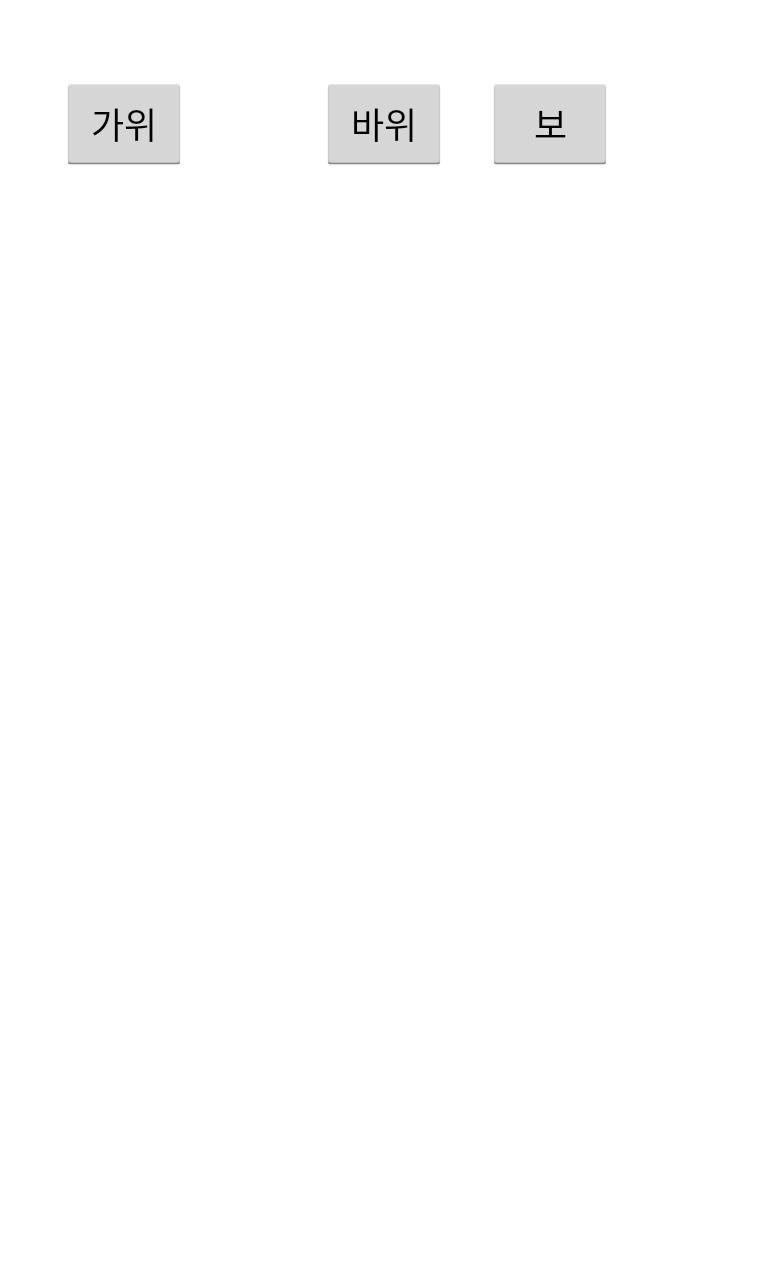
Repository: seunghaa02/allandroid
Layout: TestButton/res/layout/testbuttonmain.xml
The author's editor kept a copy of each file at every save. The layout is drawn from the files as they stood at one save, then again after the next save.
It is drawn on a 768 x 1280 px phone screen (xhdpi) without system bars, with theme AppTheme; the app's code is not run.

Above is the layout before, as saved 2013-04-08 08:15:45.

After the next save:
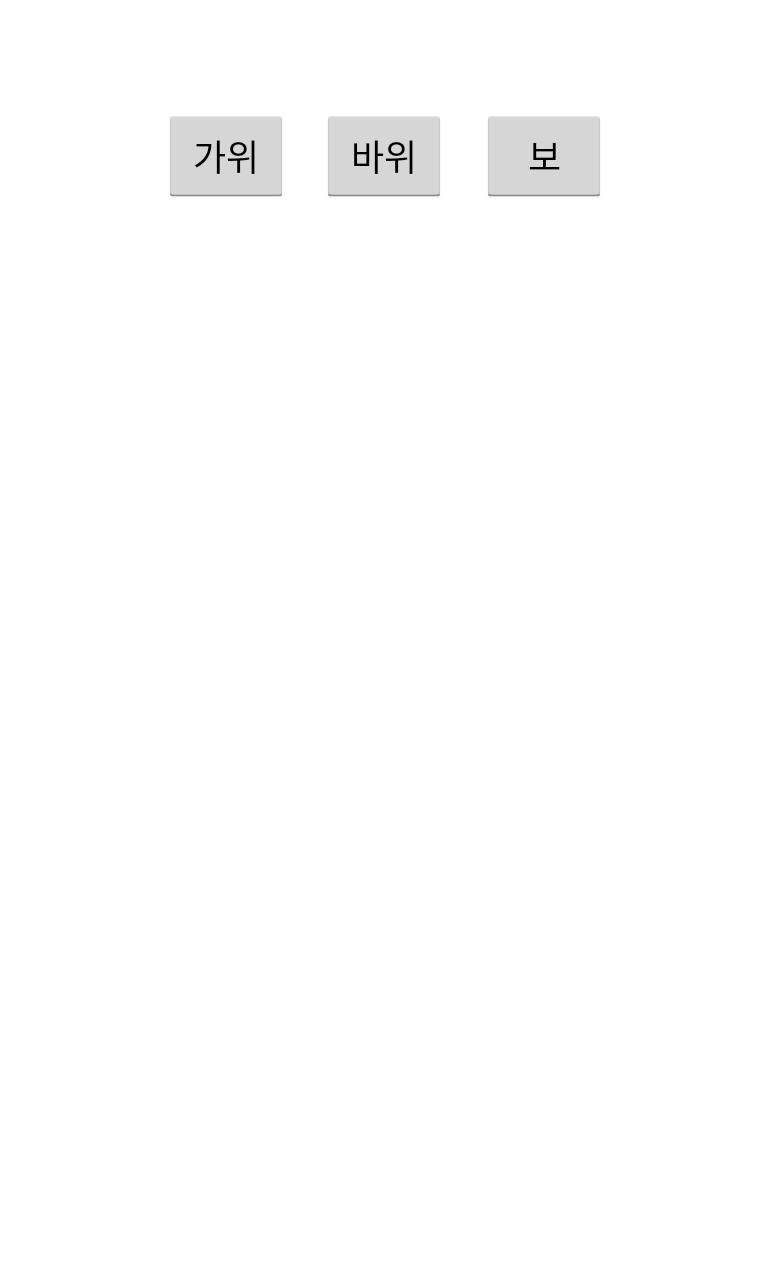
Saved 2 min 35 s later.
--- a/TestButton/res/layout/testbuttonmain.xml
+++ b/TestButton/res/layout/testbuttonmain.xml
@@ -10,17 +10,6 @@
 
 
     <Button
-        android:id="@+id/button1"
-        android:layout_width="wrap_content"
-        android:layout_height="wrap_content"
-        android:layout_alignLeft="@+id/textView1"
-        android:layout_below="@+id/textView1"
-        android:layout_marginLeft="14dp"
-        android:layout_marginTop="22dp"
-        android:text="@string/button" />
-
-
-    <Button
         android:id="@+id/button2"
         android:layout_width="wrap_content"
         android:layout_height="wrap_content"
@@ -29,7 +18,15 @@
         android:layout_centerHorizontal="true"
         android:text="@string/button1" />
 
-
+    <Button
+        android:id="@+id/button1"
+        android:layout_width="wrap_content"
+        android:layout_height="wrap_content"
+        android:layout_alignParentTop="true"
+        android:layout_marginRight="15dp"
+        android:layout_marginTop="38dp"
+        android:layout_toLeftOf="@+id/button2"
+        android:text="@string/button" />
 
     <Button
         android:id="@+id/button3"
@@ -37,7 +34,7 @@
         android:layout_height="wrap_content"
         android:layout_alignBaseline="@+id/button2"
         android:layout_alignBottom="@+id/button2"
-        android:layout_marginLeft="19dp"
+        android:layout_marginLeft="16dp"
         android:layout_toRightOf="@+id/button2"
         android:text="@string/button2" />
 
